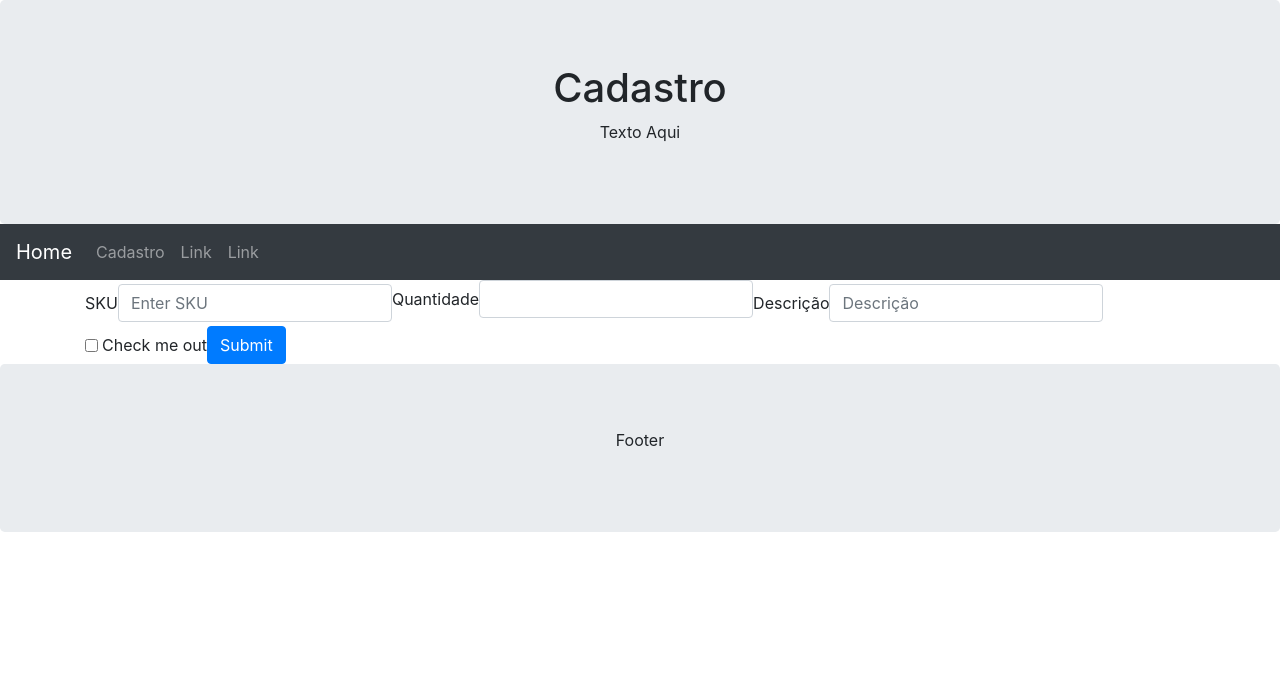
Repository: LucasLopesAguiar/JavaWeb-1
Page: sistemaweb/WebContent/cadastro.html
The author's editor kept a copy of each file at every save. The page is drawn from the files as they stood at one save, then again after the next save.
The browser window is 1280 px wide. The pictures show the whole page.

Above is the page before, as saved 2019-05-10 01:09:03.

### sistemaweb/WebContent/cadastro.html
<!DOCTYPE html>
<html lang="en">
<head>
  <title>Cadastro</title>
  <meta charset="utf-8">
  <meta name="viewport" content="width=device-width, initial-scale=1">
  <link rel="stylesheet" href="https://maxcdn.bootstrapcdn.com/bootstrap/4.3.1/css/bootstrap.min.css">
  <script src="https://ajax.googleapis.com/ajax/libs/jquery/3.4.0/jquery.min.js"></script>
  <script src="https://cdnjs.cloudflare.com/ajax/libs/popper.js/1.14.7/umd/popper.min.js"></script>
  <script src="https://maxcdn.bootstrapcdn.com/bootstrap/4.3.1/js/bootstrap.min.js"></script>
  <style>
  .fakeimg {
    height: 200px;
    background: #aaa;
  }
  </style>
</head>
<body>

<div class="jumbotron text-center" style="margin-bottom:0">
  <h1>Cadastro</h1>
  <p>Texto Aqui</p>
</div>

<nav class="navbar navbar-expand-sm bg-dark navbar-dark">
  <a class="navbar-brand" href="index.html">Home</a>
  <button class="navbar-toggler" type="button" data-toggle="collapse" data-target="#collapsibleNavbar">
    <span class="navbar-toggler-icon"></span>
  </button>
  <div class="collapse navbar-collapse" id="collapsibleNavbar">
    <ul class="navbar-nav">
      <li class="nav-item">
        <a class="nav-link" href="cadastro.html">Cadastro</a>
      </li>
      <li class="nav-item">
        <a class="nav-link" href="#">Link</a>
      </li>
      <li class="nav-item">
        <a class="nav-link" href="#">Link</a>
      </li>
    </ul>
  </div>
</nav>


<div class="container">
<form class="form-inline">
  <div class="form-group">
    <label for="exampleInputEmail1">SKU</label>
    <input type="text" class="form-control" id="inputSKU" placeholder="Enter SKU">
  </div>

  <div class="form-group mb-2">
    <label for="inputDesc">Quantidade</label>
    <input type="number" class="form-control" id="inputDesc" placeholder="">
  </div>

  <div class="form-group">
    <label for="inputDesc">Descrição</label>
    <input type="text" class="form-control" id="inputDesc" placeholder="Descrição">
  </div>

  <div class="form-group form-check">
    <input type="checkbox" class="form-check-input" id="exampleCheck1">
    <label class="form-check-label" for="exampleCheck1">Check me out</label>
  </div>
  <button type="submit" class="btn btn-primary">Submit</button>
</form>
</div>

<div class="jumbotron text-center" style="margin-bottom:0">
  <p>Footer</p>
</div>

</body>
</html>

After the next save:
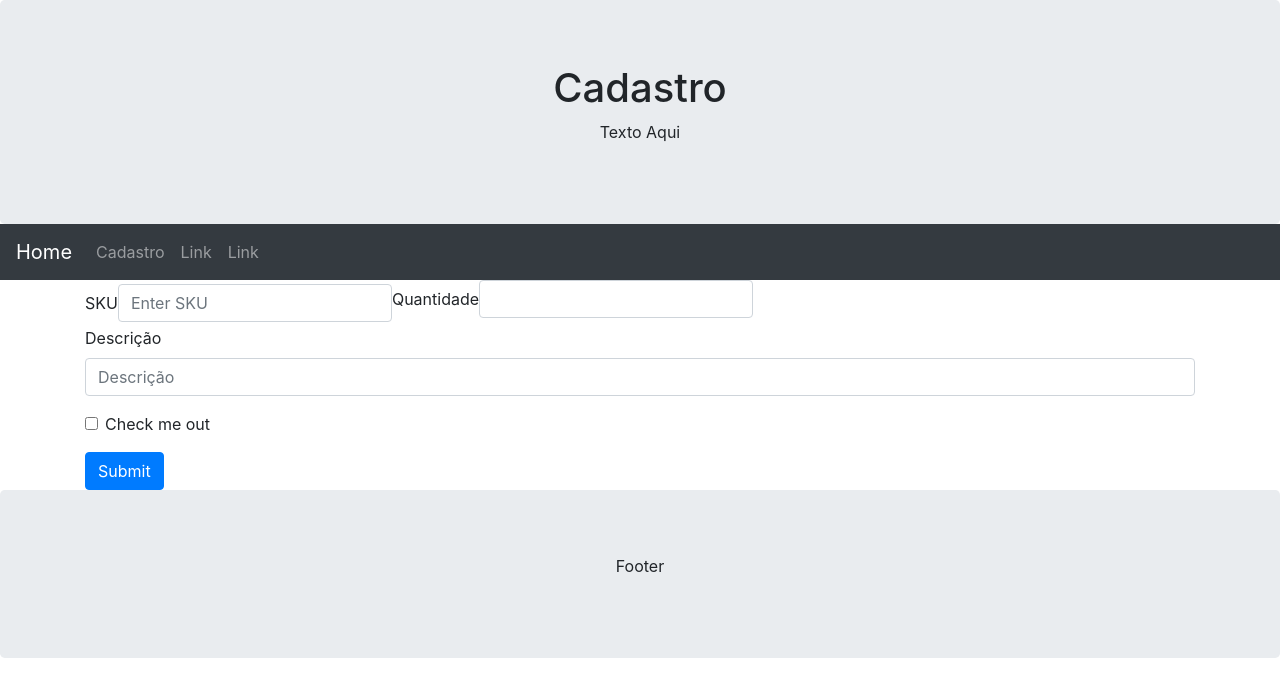
Saved 26 s later.
--- a/sistemaweb/WebContent/cadastro.html
+++ b/sistemaweb/WebContent/cadastro.html
@@ -44,8 +44,9 @@
 
 
 <div class="container">
-<form class="form-inline">
-  <div class="form-group">
+<form>
+  <div class="form-inline">
+  	<div class="form-group">
     <label for="exampleInputEmail1">SKU</label>
     <input type="text" class="form-control" id="inputSKU" placeholder="Enter SKU">
   </div>
@@ -53,6 +54,7 @@
   <div class="form-group mb-2">
     <label for="inputDesc">Quantidade</label>
     <input type="number" class="form-control" id="inputDesc" placeholder="">
+  </div>
   </div>
 
   <div class="form-group">
